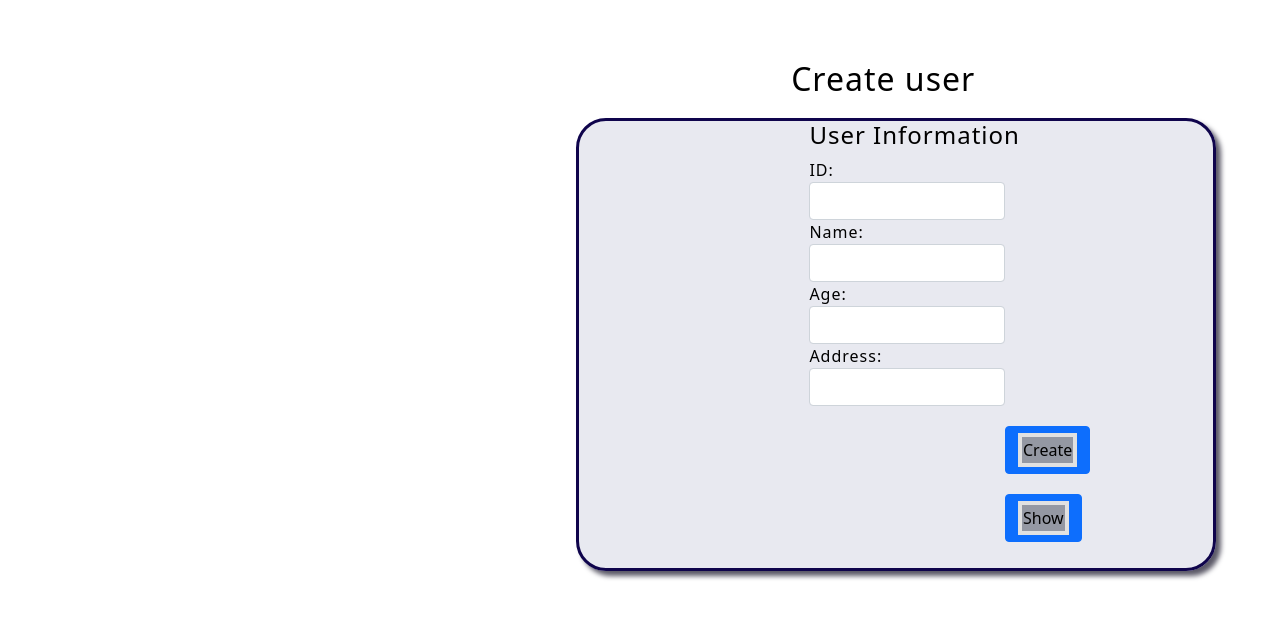
Repository: minhtuan16/JS-Basic
Page: CRUD-Department/create.html
These files come from the project's save history. The page is drawn as it stood at one moment and after the next save; the edit follows.
The browser window is 1280 px wide. The pictures show the whole page.

Above is the page before, as saved 2022-06-09 00:23:27.

After the next save:
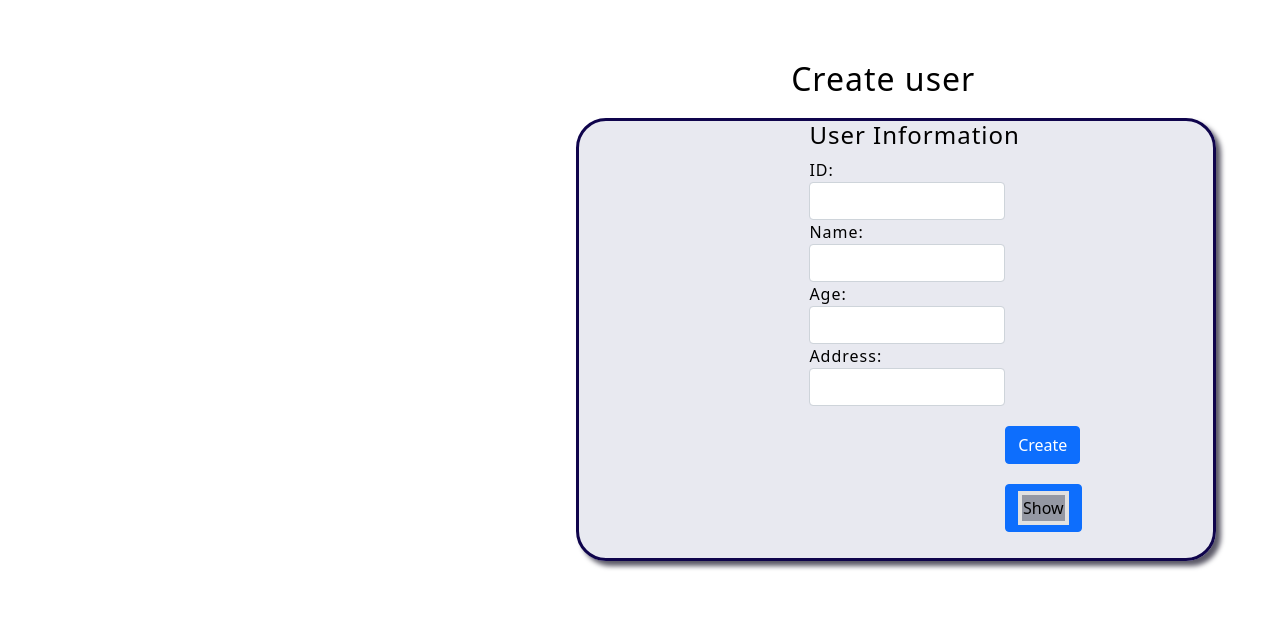
Saved 8 s later.
--- a/CRUD-Department/create.html
+++ b/CRUD-Department/create.html
@@ -36,7 +36,7 @@
             <input class="form-control" id="address" type="text" value="" />
         </div>
 
-        <button type="button" class="btn btn-primary" id="btnSave" onclick="create()"><a href="users.html">Create</a></button>
+        <button type="button" class="btn btn-primary" id="btnSave" onclick="create()">Create</button>
 
         <button type="button" class="btn btn-primary" id="btnSave" onclick="create()"><a href="users.html">Show</a></button>
 
